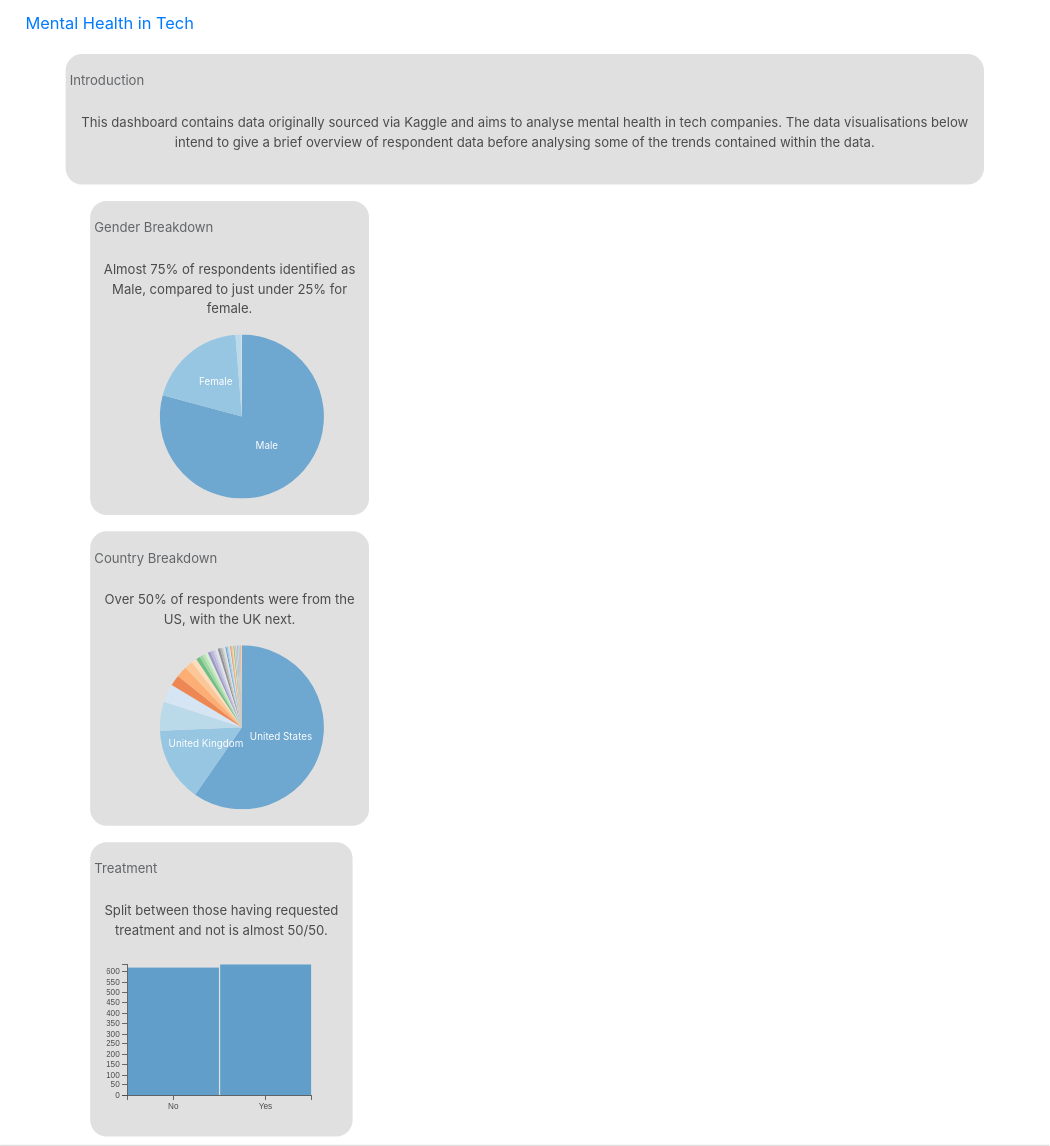
Repository: martingr1/mhdashboard
Page: index.html
The author's editor kept a record of every edit. The page is drawn from the files as they stood at one moment, then again after the next edit.
The browser window is 1280 px wide. The pictures show the whole page, at 82% of full size.
Some web libraries are served in a nearby version.

Above is the page before.

After the next edit:
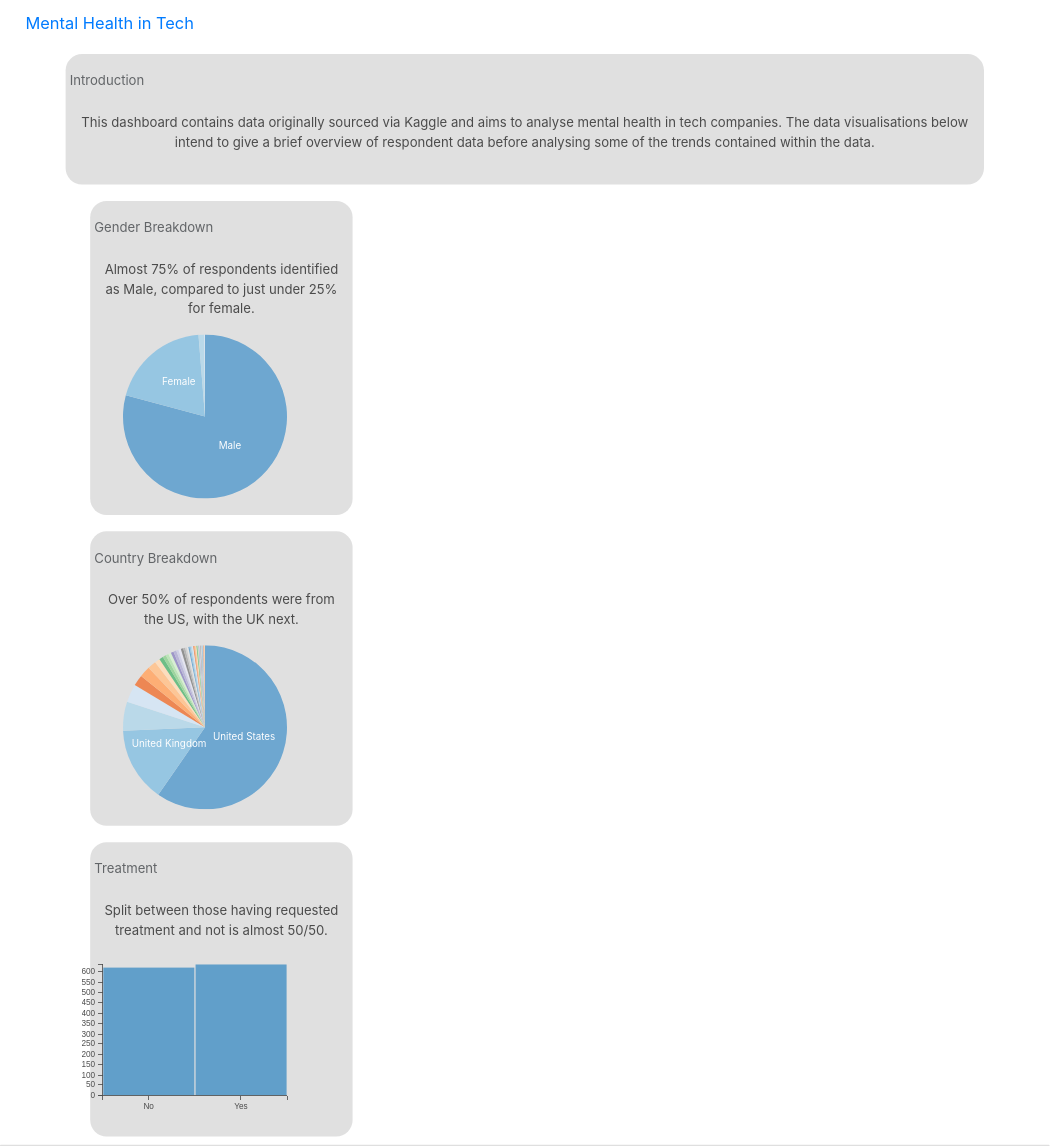
The edit:
--- a/static/css/style.css
+++ b/static/css/style.css
@@ -25,7 +25,7 @@
 }
 
 .chart {
-    padding-left: 30px;
+    margin-right:15px;
 }
 .chart-text {
 	font-size: medium;
